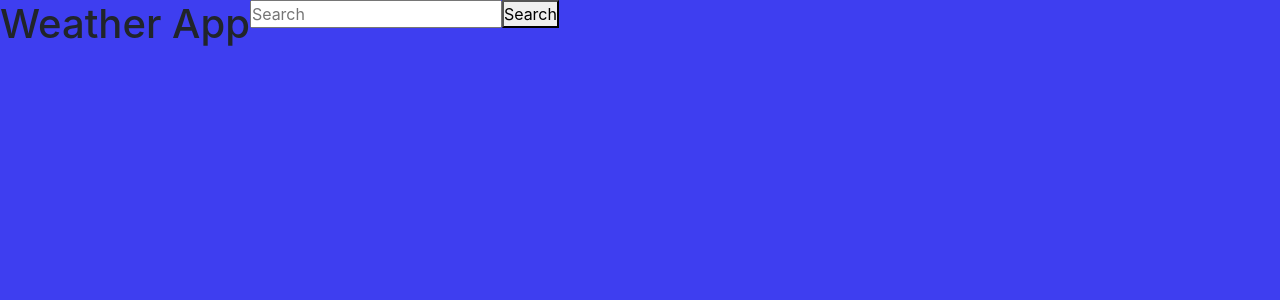
Repository: bhaveshtrades/weatherapp
Page: /
An editor plug-in stored every save of this project. The page is shown before and after a run of saves, followed by the edit.
The browser window is 1280 px wide. The pictures show the whole page.
The project was rebuilt for these pictures with package versions that can differ from the ones it lists, and the page was loaded fresh each time. Also part of the build but not shown: src/components/CurrentWeather.jsx.

Above is the page before, as saved 2023-01-08 19:05:35.

### public/index.html
<!DOCTYPE html>
<html lang="en">
  <head>
    <meta charset="utf-8" />
    <link rel="icon" href="%PUBLIC_URL%/favicon.ico" />
    <meta name="viewport" content="width=device-width, initial-scale=1" />
    <meta name="theme-color" content="#000000" />
    <meta
      name="description"
      content="Web site created using create-react-app"
    />
    <link rel="apple-touch-icon" href="%PUBLIC_URL%/logo192.png" />
    <!--
      manifest.json provides metadata used when your web app is installed on a
      user's mobile device or desktop. See https://developers.google.com/web/fundamentals/web-app-manifest/
    -->
    <link rel="manifest" href="%PUBLIC_URL%/manifest.json" />
    <link href="https://cdn.jsdelivr.net/npm/bootstrap@5.3.0-alpha1/dist/css/bootstrap.min.css" rel="stylesheet" integrity="sha384-GLhlTQ8iRABdZLl6O3oVMWSktQOp6b7In1Zl3/Jr59b6EGGoI1aFkw7cmDA6j6gD" crossorigin="anonymous" />
  </head>

    <!--
      Notice the use of %PUBLIC_URL% in the tags above.
      It will be replaced with the URL of the `public` folder during the build.
      Only files inside the `public` folder can be referenced from the HTML.

      Unlike "/favicon.ico" or "favicon.ico", "%PUBLIC_URL%/favicon.ico" will
      work correctly both with client-side routing and a non-root public URL.
      Learn how to configure a non-root public URL by running `npm run build`.
    -->
    <title>React App</title>
  </head>
  <body>
    <noscript>You need to enable JavaScript to run this app.</noscript>
    <div id="root"></div>
    <!--
      This HTML file is a template.
      If you open it directly in the browser, you will see an empty page.

      You can add webfonts, meta tags, or analytics to this file.
      The build step will place the bundled scripts into the <body> tag.

      To begin the development, run `npm start` or `yarn start`.
      To create a production bundle, use `npm run build` or `yarn build`.
    -->
  </body>
  <script src="https://cdn.jsdelivr.net/npm/@popperjs/core@2.11.6/dist/umd/popper.min.js" integrity="sha384-oBqDVmMz9ATKxIep9tiCxS/Z9fNfEXiDAYTujMAeBAsjFuCZSmKbSSUnQlmh/jp3" crossorigin="anonymous"></script>
  <script src="https://cdn.jsdelivr.net/npm/bootstrap@5.3.0-alpha1/dist/js/bootstrap.min.js" integrity="sha384-mQ93GR66B00ZXjt0YO5KlohRA5SY2XofN4zfuZxLkoj1gXtW8ANNCe9d5Y3eG5eD" crossorigin="anonymous"></script>
</html>

### src/App.js
import React, { useState } from 'react';
import './App.css';
import CurrentWeather from './components/CurrentWeather';
import Navbar from './components/Navbar';

function App() {

    const apiKey = process.env.REACT_APP_API_KEY;

    const[city, setCity] = useState();
    const[weatherData, setWeatherData] = useState([]);
    const[country, setCountry] = useState();
    const[location, setLocation] = useState();
    const[currentDate, setCurrentDate] = useState();
    const[currentDay, setCurrentDay] = useState();
    const[currentMonth, setCurrentMonth] = useState();
    const[currentIcon, setCurrentIcon] = useState();
    const[currentTemp, setCurrentTemp] = useState();
    const[currentStatus, setCurrentStatus] = useState();


    const weekDays = ['Sunday', 'Monday', 'Tuesday', 'Wednesday', 'Thursday', 'Friday', 'Saturday'];
    const months = ["January","February","March","April","May","June","July","August","September","October","November","December"];

    const currentAPI = `http://api.weatherapi.com/v1/current.json?key=${apiKey}&q=${city}`;

     const getWeather = (e)=>{
      e.preventDefault();
      fetch(currentAPI).then(data => data.json())
      .then((response)=>{
        setWeatherData([response]);
        setCountry(response.location.country);
        setLocation(response.location.name);
        setCurrentDate(new Date(`${response.current.last_updated}`).getDate());
        setCurrentDay(new Date(`${response.current.last_updated}`).getDay());
        setCurrentMonth(new Date(`${response.current.last_updated}`).getMonth());
        setCurrentIcon(response.current.condition.icon);
        setCurrentTemp(response.current.temp_c);
        setCurrentStatus(response.current.condition.text);
      });
    }


  return (
    <>
    <Navbar resultProp={getWeather} cityProp={(e)=>{setCity(e.target.value)}}/>
    {weatherData.length !==0 && <CurrentWeather countryProp={country} locationProp={location} dayProp={weekDays[currentDay]} dateProp={currentDate} monthProp={months[currentMonth]} currentIconProp={currentIcon} currentTempProp={currentTemp} currentStatusProp={currentStatus}/>}
    </>
  );
}

export default App;

### src/App.css
*{
  padding: 0;
  margin: 0;
}

body{
  background-color: rgba(61, 61, 240, 0.993);
}

.nDiv1{
  display: flex;
}

.cDiv1{
  margin-top: 4rem;
  padding-left: 7rem;
  color: whitesmoke;
}

.cDiv2{
  display: flex;
}

.cDiv3{
  display: flex;
  gap: 4rem;
  justify-content: center;
}

.cDiv5{
  padding-top: 2rem;
}

.cDiv6{
  padding-left: 2rem;
}

.currentIcon{
  height: 8rem;
  width: 8rem;
}

### src/components/Navbar.jsx
import React from 'react'

function Navbar({resultProp, cityProp}){

  return (
    <>
    <div className='nDiv1'>
    <div className='nDiv2'>
    <h1>Weather App</h1>
    </div>
    <div className='nDiv3'>
    <form className='searchBox' role="search" onSubmit={resultProp}>
        <input className='searchInput' placeholder='Search' onChange={cityProp}/>
        <button className='searchButton' type="submit">Search</button>
    </form>
    </div>
    </div>
    </>
  )
}

export default Navbar;

Loaded but not shown: src/index.js (common file); src/index.css (common file); src/reportWebVitals.js (common file)

After the next 6 saves:
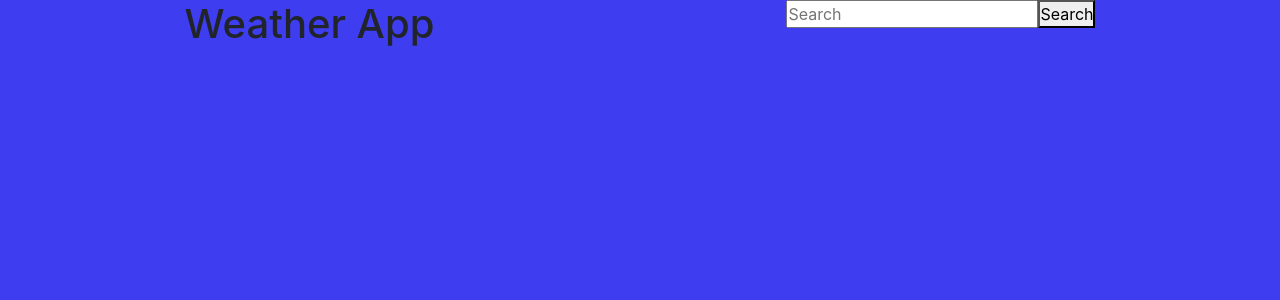
The 6 saves are shown as one change because they came seconds apart.
The last was saved 40 s later.
--- a/src/App.css
+++ b/src/App.css
@@ -9,6 +9,8 @@ body{
 
 .nDiv1{
   display: flex;
+  justify-content: center;
+  gap: 22rem;
 }
 
 .cDiv1{
